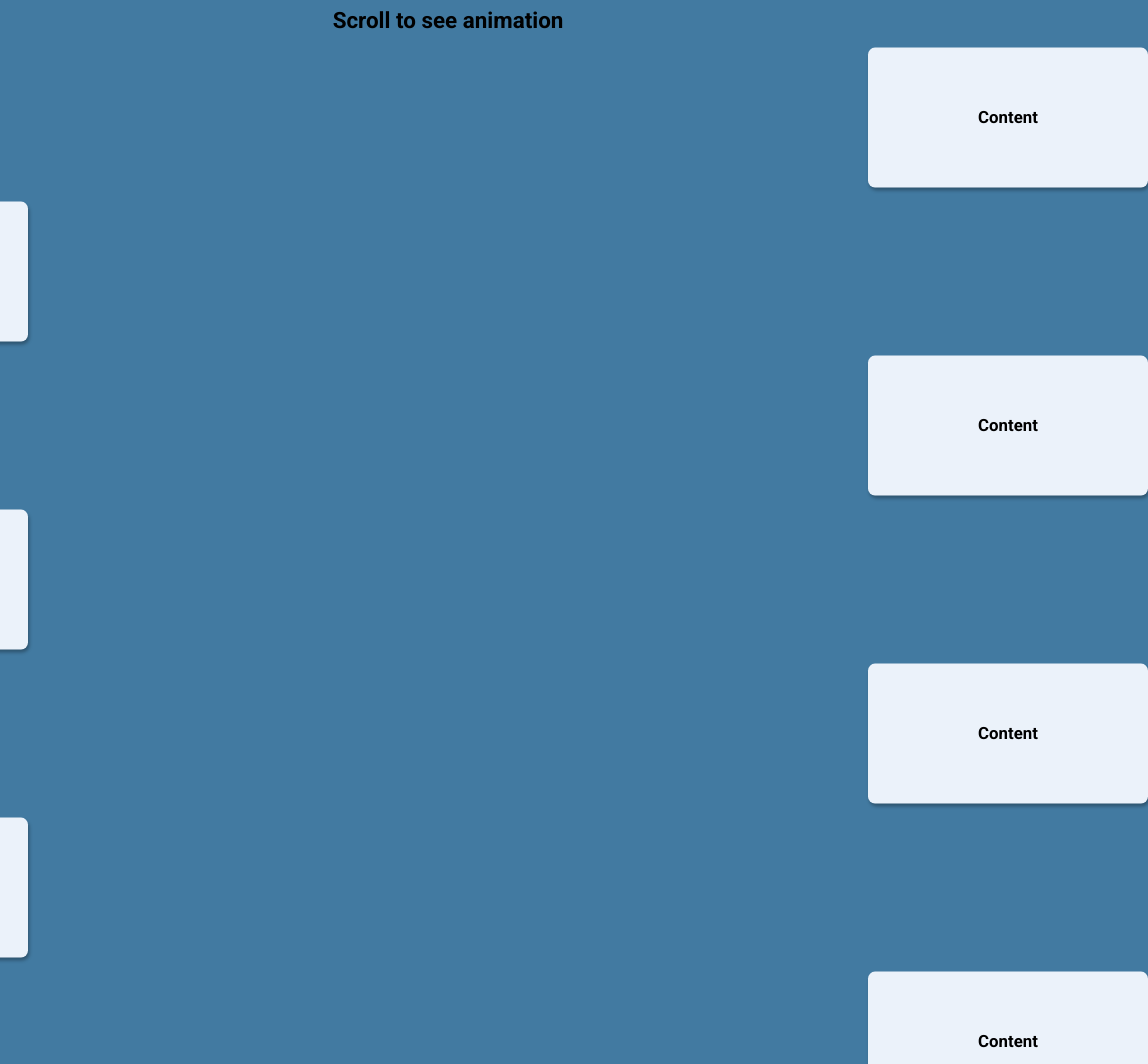
Repository: thecoachanna/scroll-animation
Page: index.html
The author's editor kept a copy of each file at every save. The page is drawn from the files as they stood at one save, then again after the next save.
The browser window is 1280 px wide. The page is 1640 px wide, so the pictures cover 1640 px, including what lies to the right of the window. The pictures show the part of the page from y = 0 to 1520 px (the page is 2918 px tall), at 70% of full size.
Some web fonts or font styles are not loaded; a fallback is used.

Above is the page before, as saved 2023-02-20 13:19:55.

### index.html
<!DOCTYPE html>
<html lang="en">
<head>
    <meta charset="UTF-8">
    <meta http-equiv="X-UA-Compatible" content="IE=edge">
    <meta name="viewport" content="width=device-width, initial-scale=1.0">
    <link rel="stylesheet" href="style.css">
    <title>Scroll Animation</title>
</head>
<body>
    <h1>Scroll to see animation</h1>
    <div class="box"><h2>Content</h2></div>
    <div class="box"><h2>Content</h2></div>
    <div class="box"><h2>Content</h2></div>
    <div class="box"><h2>Content</h2></div>
    <div class="box"><h2>Content</h2></div>
    <div class="box"><h2>Content</h2></div>
    <div class="box"><h2>Content</h2></div>
    <div class="box"><h2>Content</h2></div>
    <div class="box"><h2>Content</h2></div>
    <div class="box"><h2>Content</h2></div>
    <div class="box"><h2>Content</h2></div>
    <div class="box"><h2>Content</h2></div>
    <div class="box"><h2>Content</h2></div>
    <script src="script.js"></script>
</body>
</html>

### style.css
@import url('https://fonts.googleapis.com/css2?family=Inter:wght@400;600;700&family=Lato:wght@100&family=Oswald:wght@700&family=Outfit&family=Poiret+One&family=Roboto:wght@400;700&display=swap');


* {
    box-sizing: border-box;
}

body {
    background-color: #427AA1;
    font-family: 'Roboto', sans-serif;
    display: flex;
    flex-direction: column;
    align-items: center;
    justify-content: center;
    margin: 0;
}

h1 {
    margin: 10px;
}

.box {
    background-color: #EBF2FA;
    color: charcoal;
    display: flex;
    align-items: center;
    justify-content: center;
    width: 400px;
    height: 200px;
    margin: 10px;
    border-radius: 10px;
    box-shadow: 2px 4px 5px rgba(0, 0, 0, 0.3);
    transform: translateX(200%);
    transition: transform 0.4s ease;
}

.box:nth-of-type(even) {
    transform: translateX(-200%)
}

.box.show {
    transform: translateX(0);
}

Loaded but not shown: script.js (no copy from this time; the picture is the same without it)

After the next save:
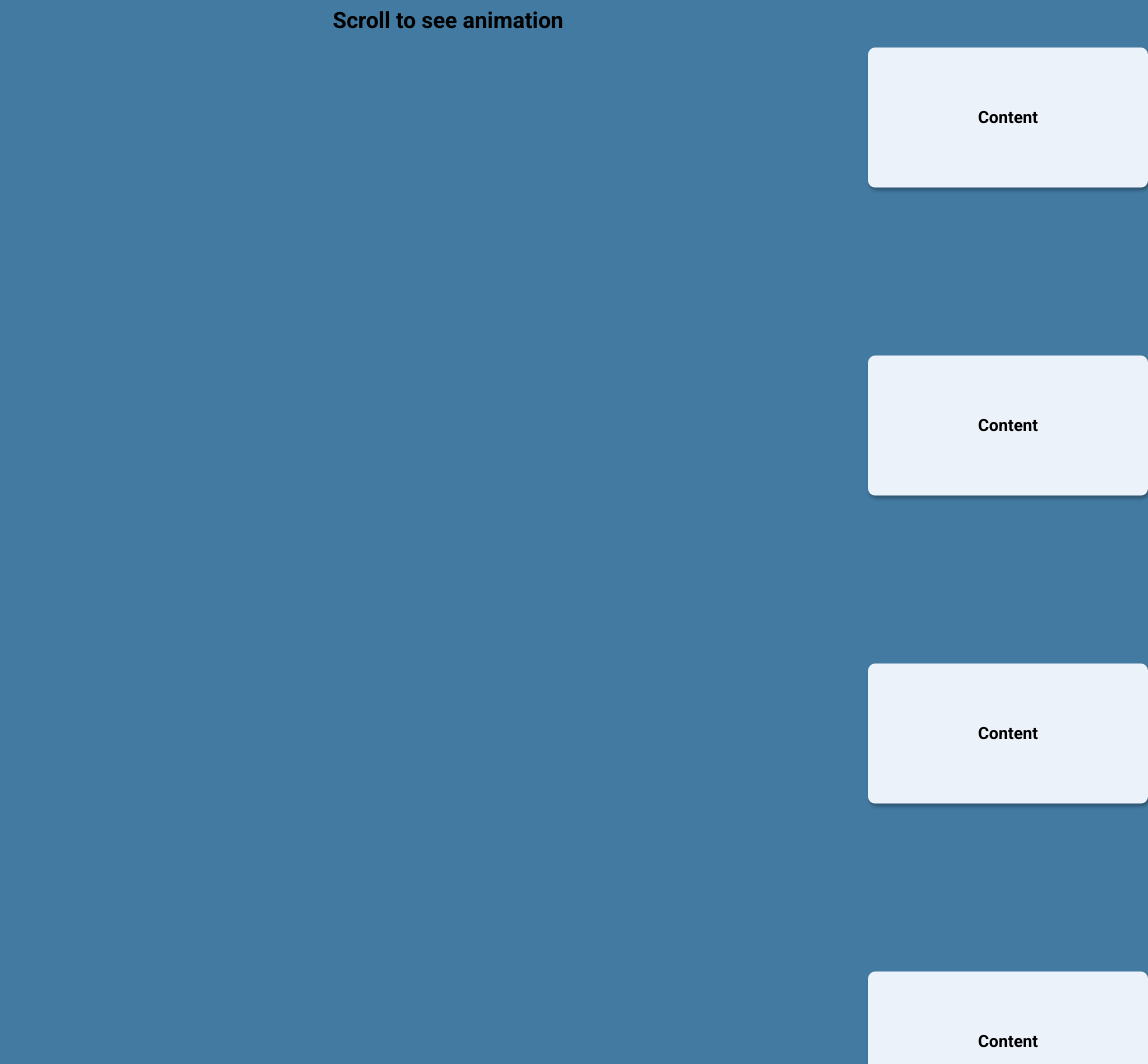
Saved 90 s later.
--- a/style.css
+++ b/style.css
@@ -35,7 +35,7 @@ h1 {
 }
 
 .box:nth-of-type(even) {
-    transform: translateX(-200%)
+    transform: translateX(-400%)
 }
 
 .box.show {
